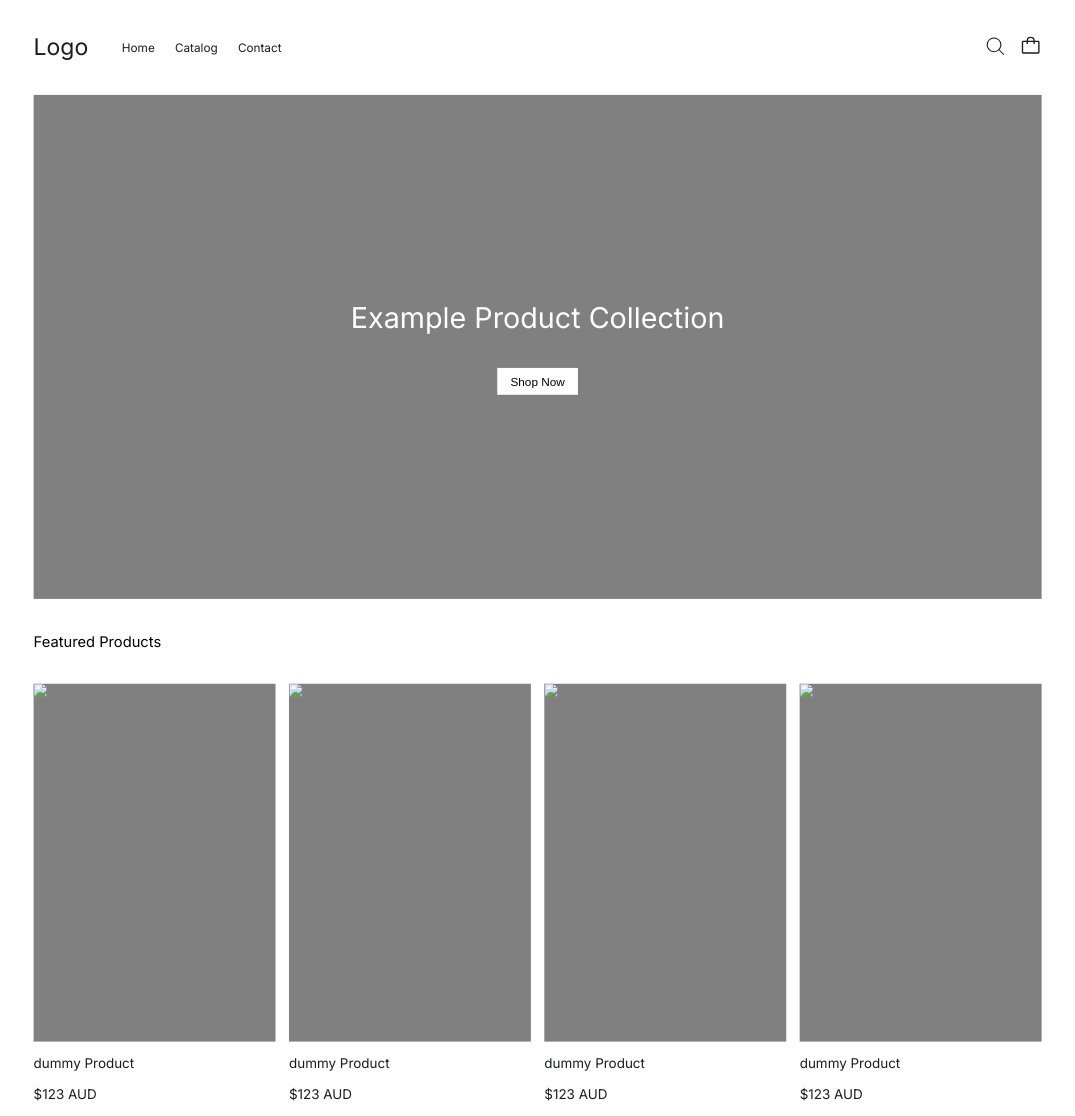
Repository: David-Waite/ecommercefrontendTemplate
Page: /
The author's editor kept a copy of each file at every save. The page is drawn from the files as they stood at one save, then again after the next save.
The browser window is 1280 px wide. The pictures show the whole page, at 84% of full size.
The project was rebuilt for these pictures with package versions that can differ from the ones it lists, and the page was loaded fresh each time. The framework's server and built-in components were replaced by stand-ins that run in the browser. Also part of the build but not shown: next.config.js.

Above is the page before, as saved 2023-08-24 20:17:25.

After the next save:
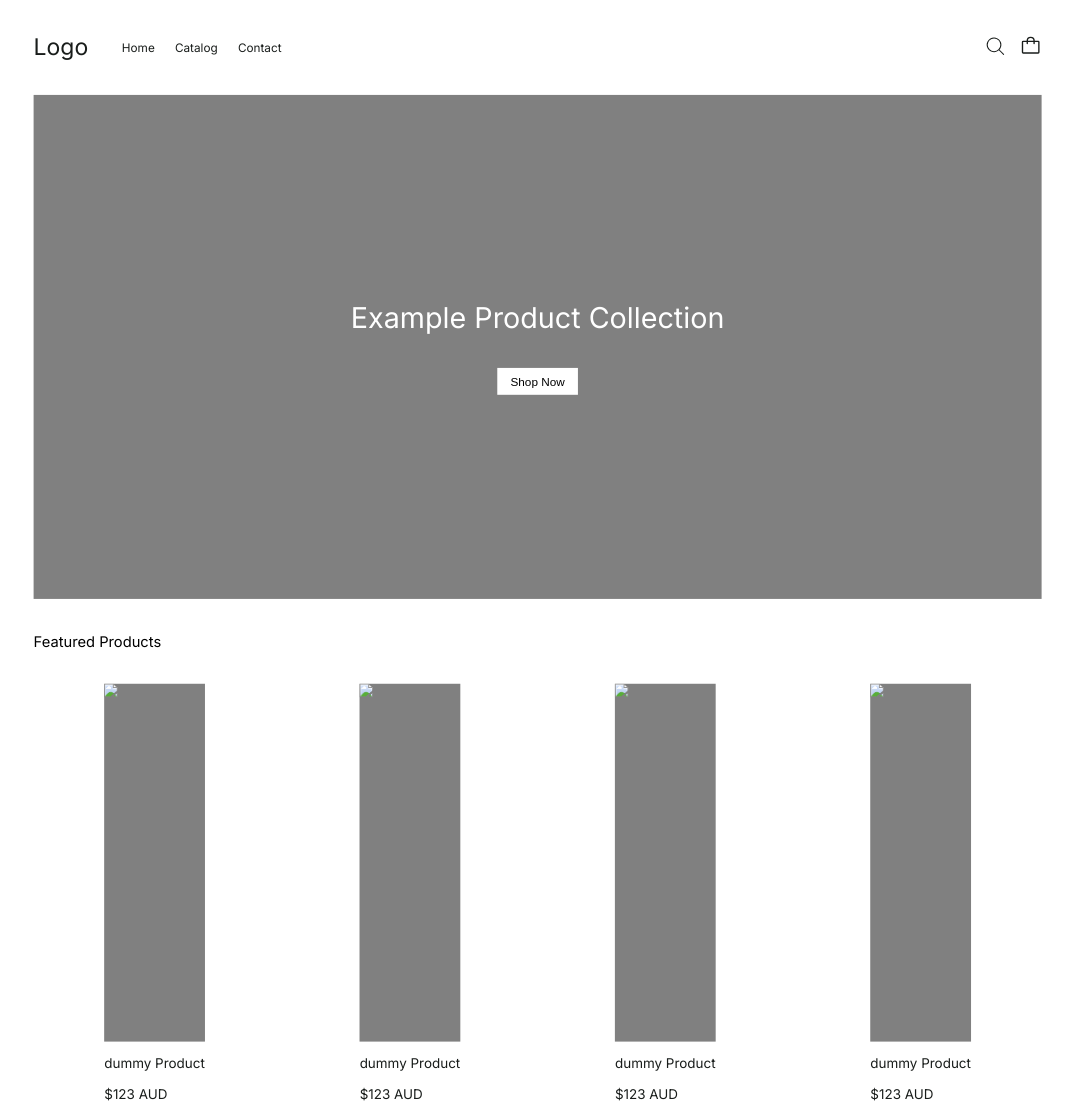
Saved 7 s later.
--- a/app/Components/UI/ProductsGrid/ProductGrid.module.css
+++ b/app/Components/UI/ProductsGrid/ProductGrid.module.css
@@ -1,7 +1,7 @@
 .main {
   display: grid;
   grid-template-columns: repeat(5, 1fr);
-  justify-content: center;
+  justify-items: center;
   gap: 40px;
 }
 

After the 2 saves that followed:
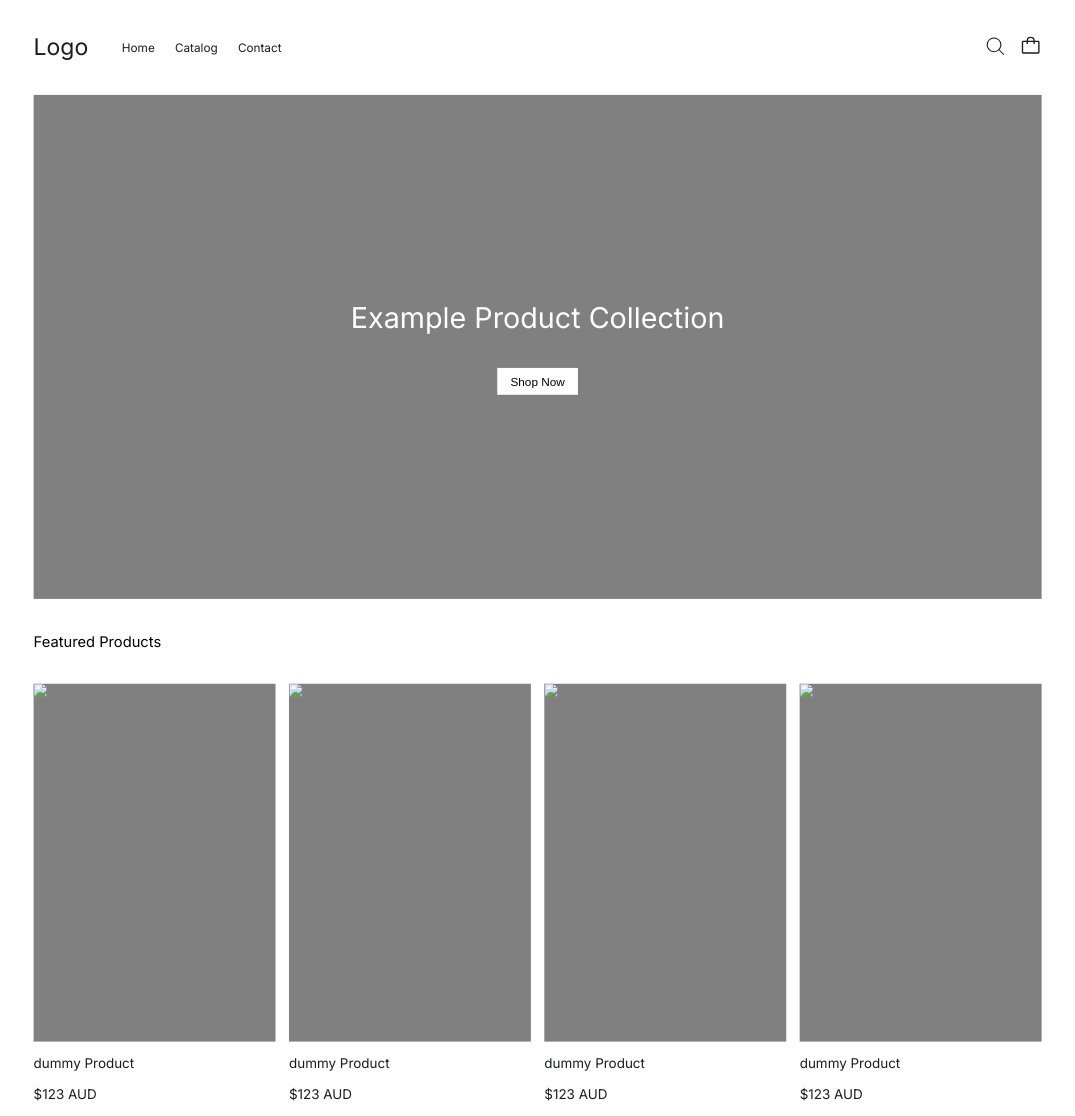
The 2 saves are shown as one change because they came seconds apart.
The last was saved 8 s later.
--- a/app/Components/UI/ProductsGrid/ProductGrid.module.css
+++ b/app/Components/UI/ProductsGrid/ProductGrid.module.css
@@ -1,7 +1,7 @@
 .main {
   display: grid;
   grid-template-columns: repeat(5, 1fr);
-  justify-items: center;
+
   gap: 40px;
 }
 
